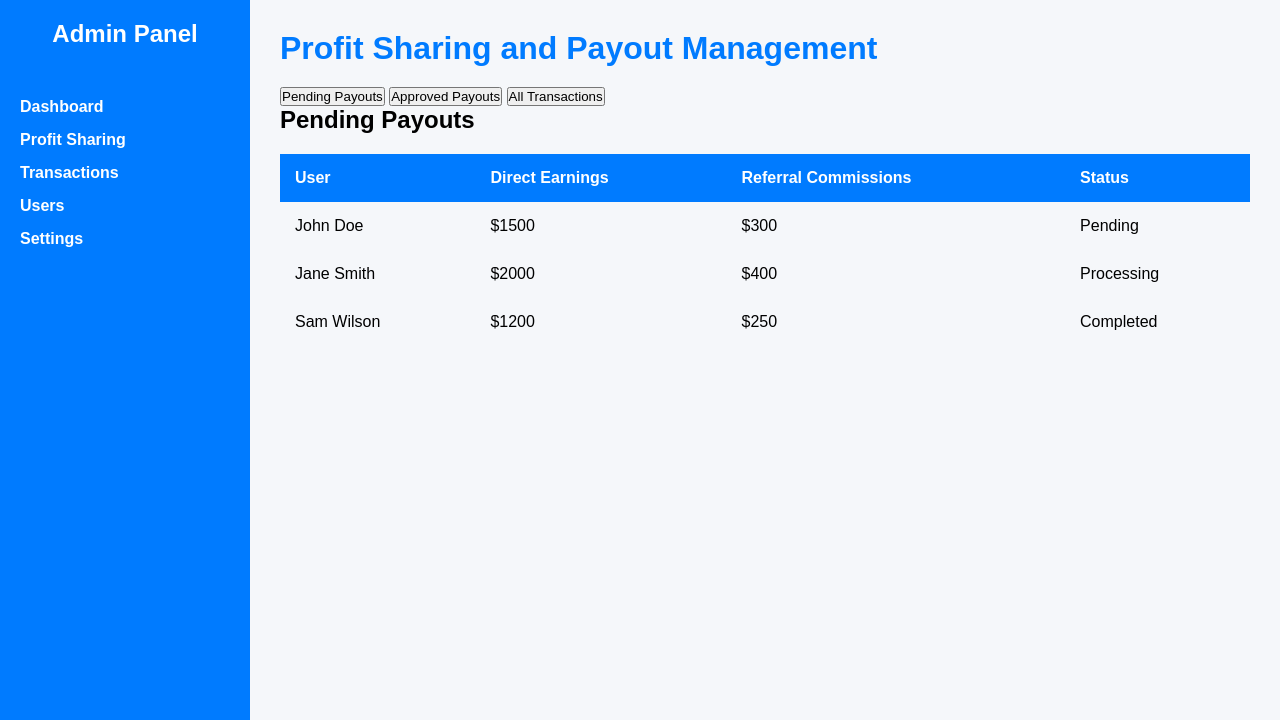
Repository: 2025silverx/slivedrX
Page: index4.html
The author's editor kept a copy of each file at every save. The page is drawn from the files as they stood at one save, then again after the next save.
The browser window is 1280 px wide. The pictures show the whole page.

Above is the page before, as saved 2025-01-04 23:54:14.

After the next save:
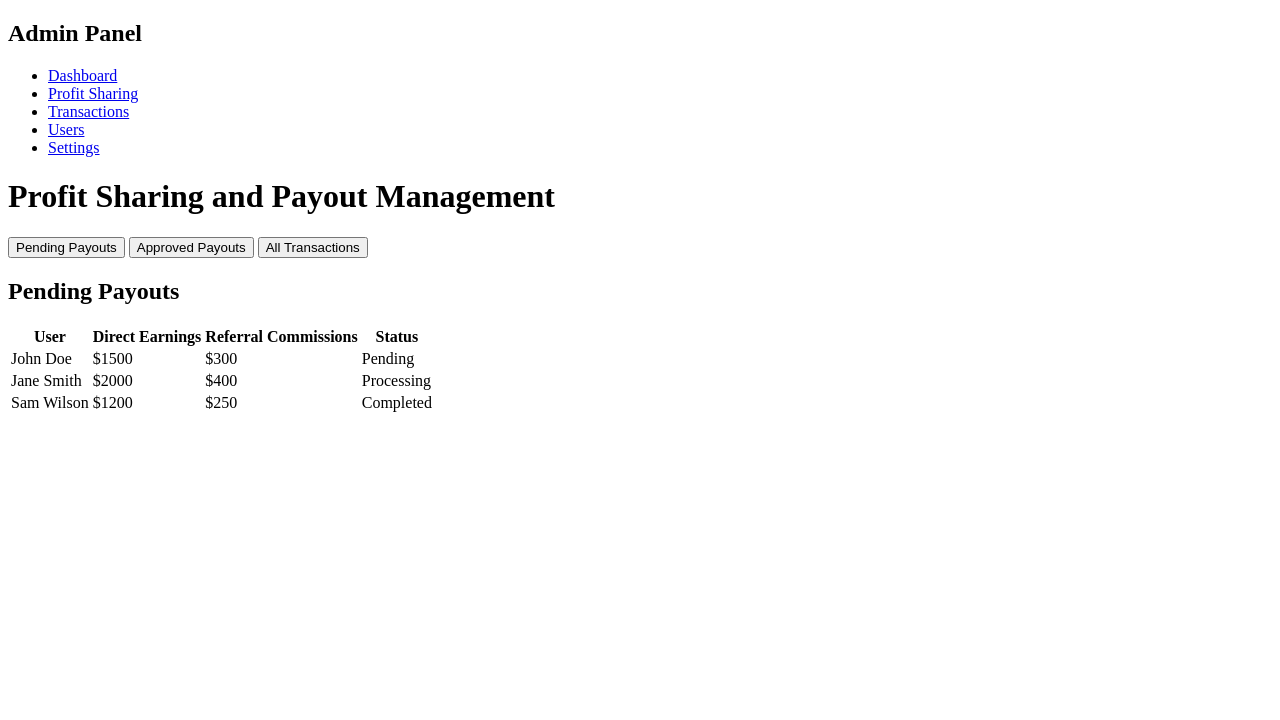
Saved 14 s later.
--- a/index4.html
+++ b/index4.html
@@ -4,7 +4,7 @@
     <meta charset="UTF-8">
     <meta name="viewport" content="width=device-width, initial-scale=1.0">
     <title>Profit Sharing and Payout Management</title>
-    <link rel="stylesheet" href="style.css">
+    <link rel="stylesheet" href="style4.css">
 </head>
 <body>
     <div class="sidebar">
